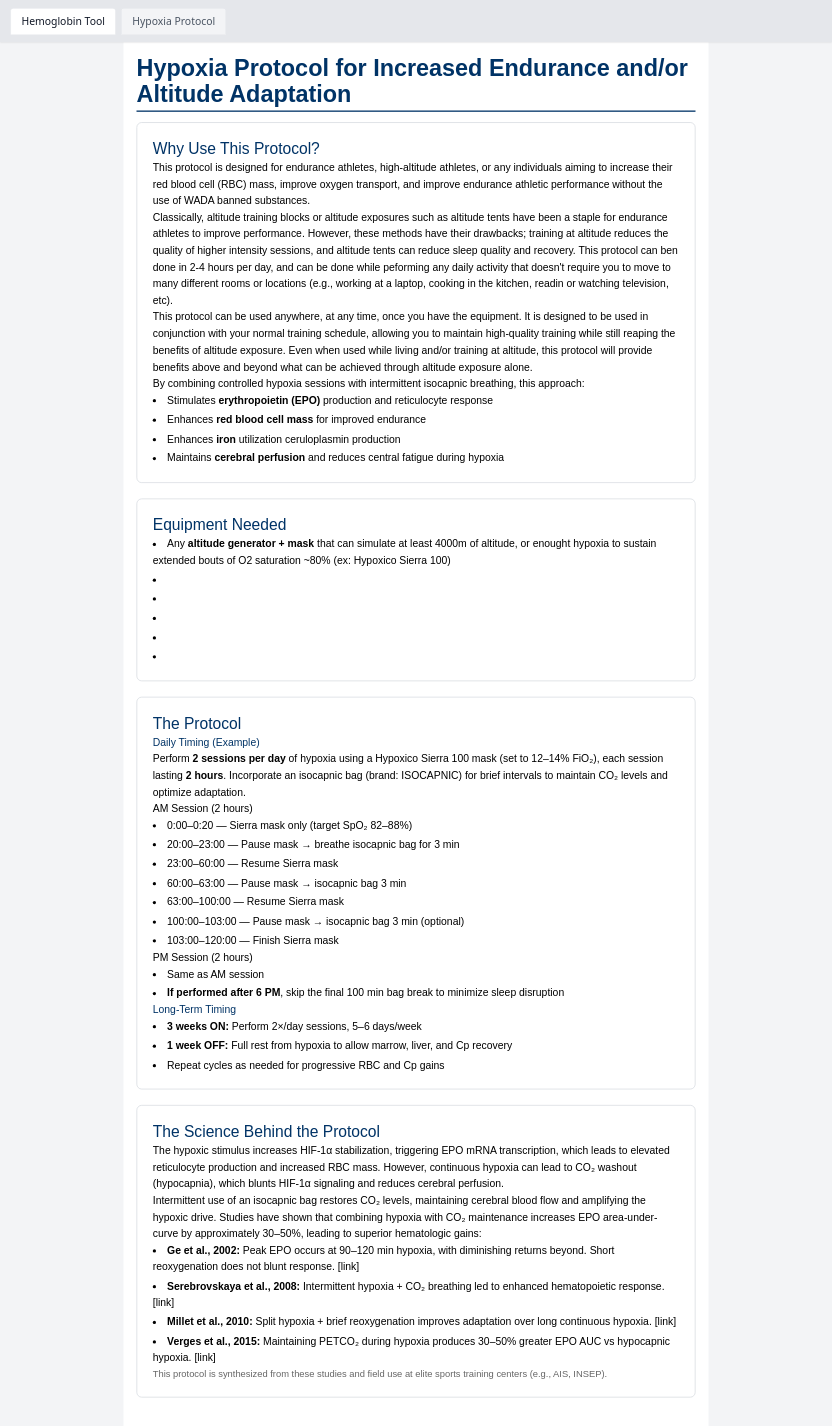
Repository: austenhughes1/hemoglobin_rbc_metrics
Page: hypoxia_protocol.html
An editor plug-in stored every save of this project. The page is shown before and after the next save, followed by the edit.
The browser window is 1280 px wide. The pictures show the whole page, at 65% of full size.
Some web libraries are served in a nearby version.

Above is the page before, as saved 2025-06-25 13:32:27.

After the next save:
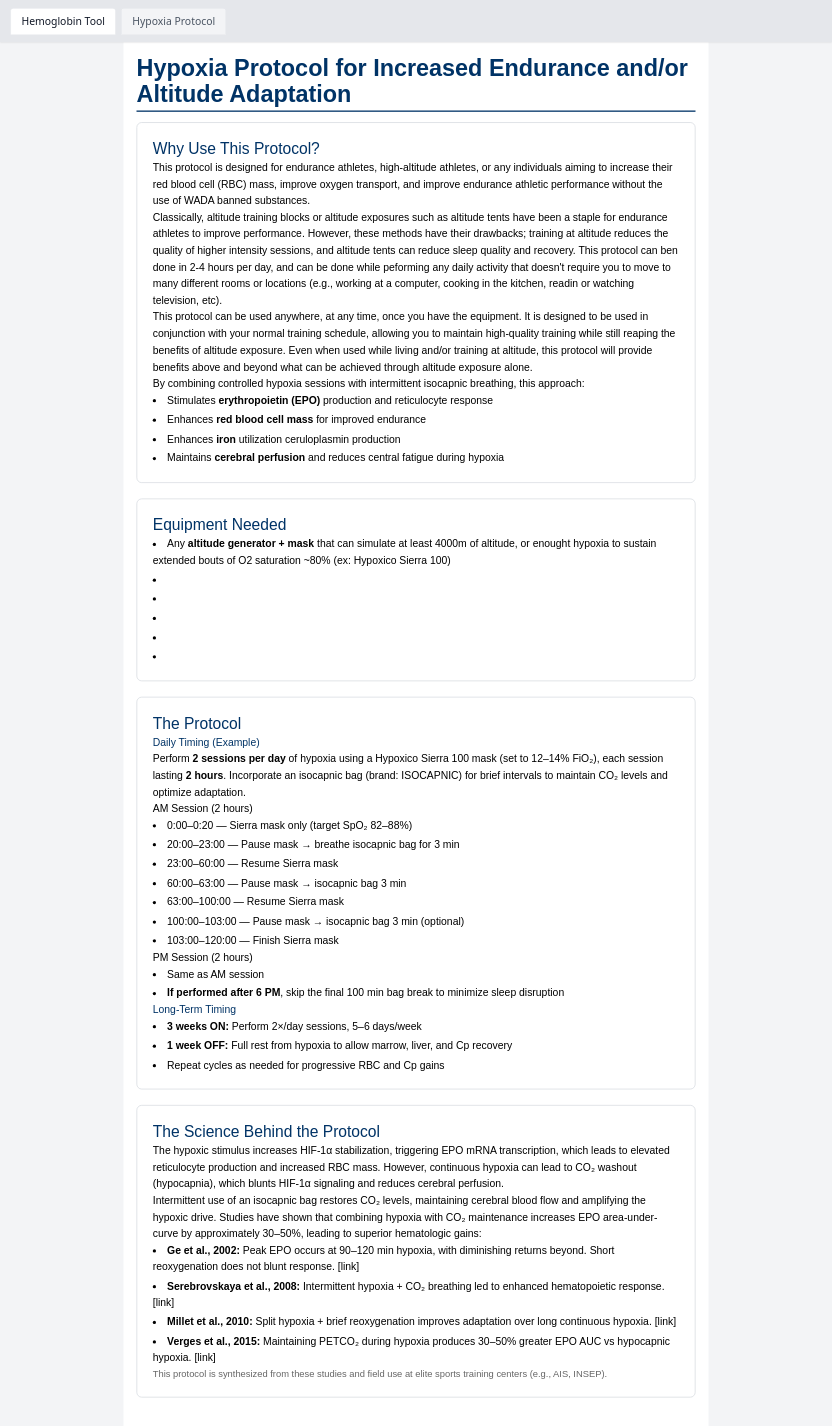
Saved 15 s later.
--- a/hypoxia_protocol.html
+++ b/hypoxia_protocol.html
@@ -50,7 +50,7 @@
         This protocol is designed for endurance athletes, high-altitude athletes, or any individuals aiming to increase their red blood cell (RBC) mass, improve oxygen transport, and improve endurance athletic performance without the use of WADA banned substances.
         </p>
         <p>
-        Classically, altitude training blocks or altitude exposures such as altitude tents have been a staple for endurance athletes to improve performance. However, these methods have their drawbacks; training at altitude reduces the quality of higher intensity sessions, and altitude tents can reduce sleep quality and recovery. This protocol can ben done in 2-4 hours per day, and can be done while peforming any daily activity that doesn't require you to move to many different rooms or locations (e.g., working at a laptop, cooking in the kitchen, readin or watching television, etc).
+        Classically, altitude training blocks or altitude exposures such as altitude tents have been a staple for endurance athletes to improve performance. However, these methods have their drawbacks; training at altitude reduces the quality of higher intensity sessions, and altitude tents can reduce sleep quality and recovery. This protocol can ben done in 2-4 hours per day, and can be done while peforming any daily activity that doesn't require you to move to many different rooms or locations (e.g., working at a computer, cooking in the kitchen, readin or watching television, etc).
         </p>
         <p>
         This protocol can be used anywhere, at any time, once you have the equipment. It is designed to be used in conjunction with your normal training schedule, allowing you to maintain high-quality training while still reaping the benefits of altitude exposure. Even when used while living and/or training at altitude, this protocol will provide benefits above and beyond what can be achieved through altitude exposure alone.
